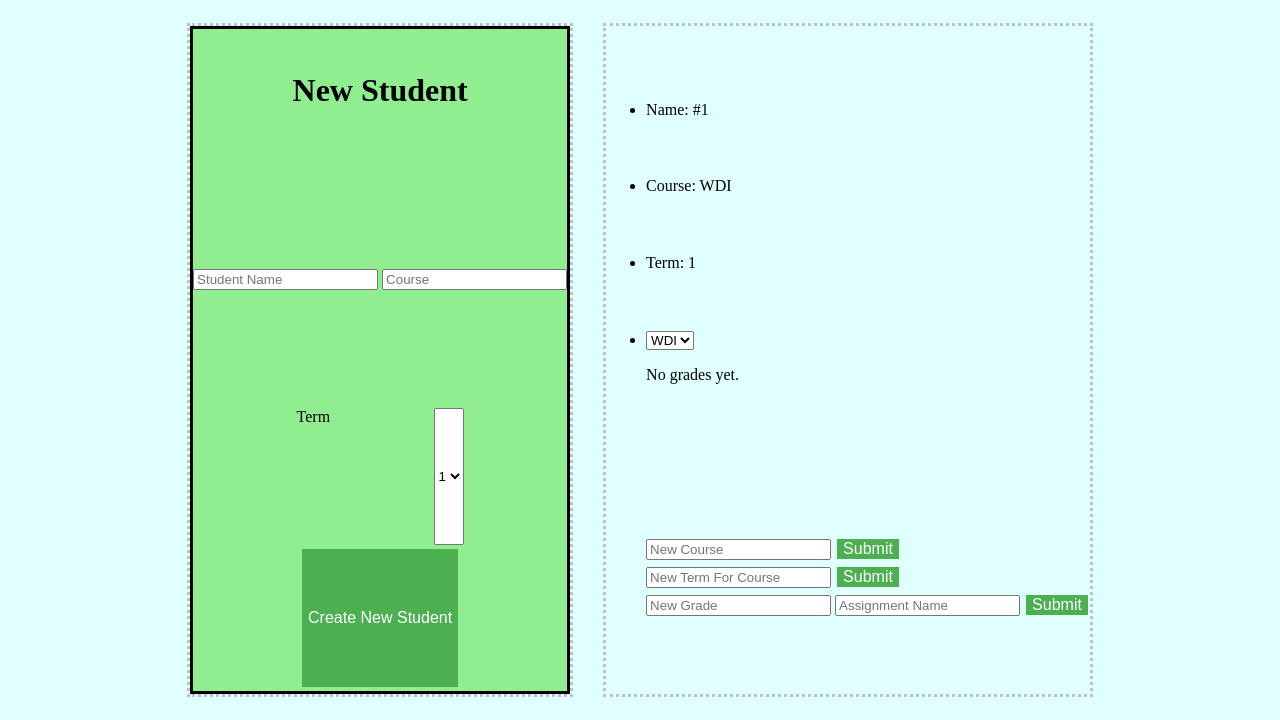
Repository: EdmontDantes/graderaide-fullstack-solution
Page: index.html
The author's editor kept a copy of each file at every save. The page is drawn from the files as they stood at one save, then again after the next save.
The browser window is 1280 px wide. The pictures show the whole page.

Above is the page before, as saved 2020-04-22 14:01:46.

### index.html
<html lang="en">
  <head>
    <title>Graderaide</title>
    <meta charset="UTF-8">
    <meta name="viewport" content="width=device-width, initial-scale=1">
    <link rel="stylesheet" type="text/css" href="style-index.css">
  </head>

  <body>
    <section class="app">
      <section class="student-display" id="create-new-student-tile">

      <section class="new-student-input">
        <h1 id="text-h1-creation-section">New Student</h1>

        <div id="new-student-input-boxes">
          <input type="text" class="new-student-name" name="new-student-name" placeholder="Student Name">
          <input type="text" class="new-student-course" name="new-student-course" placeholder="Course">
        </div>

        <div id="new-student-input-options"
          <label for="new-student-term">Term</label>
          <select class="new-student-term" name="new-student-term">
            <option value="1">1</option>
            <option value="2">2</option>
            <option value="3">3</option>
          </select>
        </div>
        <section class="new-student-submit">
          <button type="submit" class="new-student-button">Create New Student</button>
        </section>
      </section>
    </section>

      <section class="student-display " id="student-1">
        <ul class="student-info">
          <li>Name: #1</li>
          <li>Course: WDI</li>
          <li>Term: 1</li>
          <li>
            <select class="course-selection">
              <option value="wdi">WDI</option>
            </select>
            <p>No grades yet.</p>
          </li>

          <br>
          <div id="data-grades-input student-1">
            <section>
              <input type="text" name="new-course" class="new-course" placeholder="New Course">
              <button type="submit" class="submit-new-course">Submit</button>
            </section>
            <section>
              <input type="text" name="new-term" class="new-term" placeholder="New Term For Course">
              <button type="submit" class="submit-new-term">Submit</button>
            </section>
            <section>
              <!-- <label for="new-grade">New Grade:</label> -->
              <input type="text" name="new-grade" class="new-grade" placeholder="New Grade">
              <!-- <label for="new-grade-assignment">Assignment Name:</label> -->
              <input type="text" name="new-grade-assignment" class="new-grade-assignment" placeholder="Assignment Name">
              <button type="submit" class="submit-new-grade-assignment">Submit</button>
            </section>
          </div>
        </ul>
      </section>
      </section>
    </section>
  </body>
  <script src="main.js"></script>
</html>

### style-index.css
body {
    background-color: lightcyan;
    display: flex;
    flex-wrap: wrap;
    justify-content: center;
}

.app {
    display: flex;
    flex-direction: row;
    flex-wrap: wrap;
    justify-content: space-around;
}

#text-h1-creation-section {
    display: flex;
    flex-wrap: wrap;
    justify-content: center;
    font-size: 2em;
}

#new-student-input-options {
    display: flex;
    flex-wrap: wrap;
    flex-direction: row;
    justify-content: space-evenly;
}

.new-student-submit {
    display: flex;
    flex-wrap: wrap;
    justify-content: center;
}

.new-student-input {
    display: grid;

    background-color: lightgreen;
    border: 3px solid black;

}
button {
    background-color: #4CAF50;
    border: none;
    color: white;
    text-align: center;
    text-decoration: none;
    display: inline-block;
    font-size: 16px;
    margin: 4px 2px;
    cursor: pointer;
}

.student-display {
    display: flex;
    justify-content: space-around;
    border: 3px dotted #BFC0C0;
    margin: 15px;
}

.student-info {
    display: flex;
    flex-direction: column;
    justify-content: space-evenly;
}

a {
    background-color: white;
    color: black;
    border: 5px solid #4CAF50;
    padding: 10px 20px;
    text-align: center;
    text-decoration: none;
    display: inline-block;
    font-size: 16px;
    margin-left: 20px;
}

### main.js
/******************
 * YOUR CODE HERE *
 ******************/

const Grade = (assignment, score) => {
    return {
        assignment,
        score,
    }
}

const Term = () => {
    return {
    grades: [],

    addGrade: function(assignment, score) {
        const grade = Grade(assignment, score);
        this.grades.push(grade);
    },
    }
}

const Course = (name) => {
    return {
    name,
    terms: [Term()],

    addTerm: function() {
        const term = Term();
        this.terms.push(term);
    }
    }
}

const Student = (name, course, term = 1) => {
    return {
    name,
    course,
    term,
    courses: [Course(course)],

    addCourse: function(course) {
        this.courses.push(Course(course));
        this.course = course;
    },

    getAverage: function(courseToFind = this.course, termIndex = this.term - 1) {
        let foundCourse;
        for (const course of this.courses) {
        if (course.name === courseToFind) {
            foundCourse = course;
        }
        }

        const grades = foundCourse.terms[termIndex].grades;
        if (grades.length === 0) {
        return 'No grades yet.'
        }

        let sum = 0;
        for (const grade of grades) {
        sum += grade.score;
        }

        return sum / grades.length;
    },
    }
}

// const createNewStudentTileQuery = document.querySelector('#create-new-student-tile');
const newStudentNameQuery = document.querySelector('.new-student-name');
const newStudentCourseNameQuery = document.querySelector('.new-student-course');
const newStudentTermNumOptionQuery = document.querySelector('.new-student-term');
const btnNewStudentSubmitQuery = document.querySelector('.new-student-button');

const newStudentTile = function() {

    name = newStudentNameQuery.value;
    course = newStudentCourseNameQuery.value;
    termNum = newStudentTermNumOptionQuery.value;

    let newStudent = Student(name, course, termNum);
    console.log(newStudent);
    const studentDisplay = document.createElement('div');
    studentDisplay.className = 'student-display';
    let numId = document.querySelectorAll('.student-display')

    studentDisplay.id = `student-${numId.length}`;
    const studentInfo = document.createElement('ul');
    const nameItem = document.createElement('li');
    const courseItem = document.createElement('li');
    const termItem  = document.createElement('li');

    nameItem.innerText = `Name: ${newStudent.name}`;
    courseItem.innerText = `Course: ${newStudent.course}`;
    termItem.innerText = `Term: ${newStudent.term}`;


    studentInfo.classList.add('student-info');
    studentInfo.appendChild(nameItem);
    studentInfo.appendChild(courseItem);
    studentInfo.appendChild(termItem);
    // someParentElement.appendChild(studentInfo);
    studentDisplay.append(studentInfo);
    document.querySelector('.app').append(studentDisplay)
}

btnNewStudentSubmitQuery.addEventListener('click', newStudentTile);

After the next save:
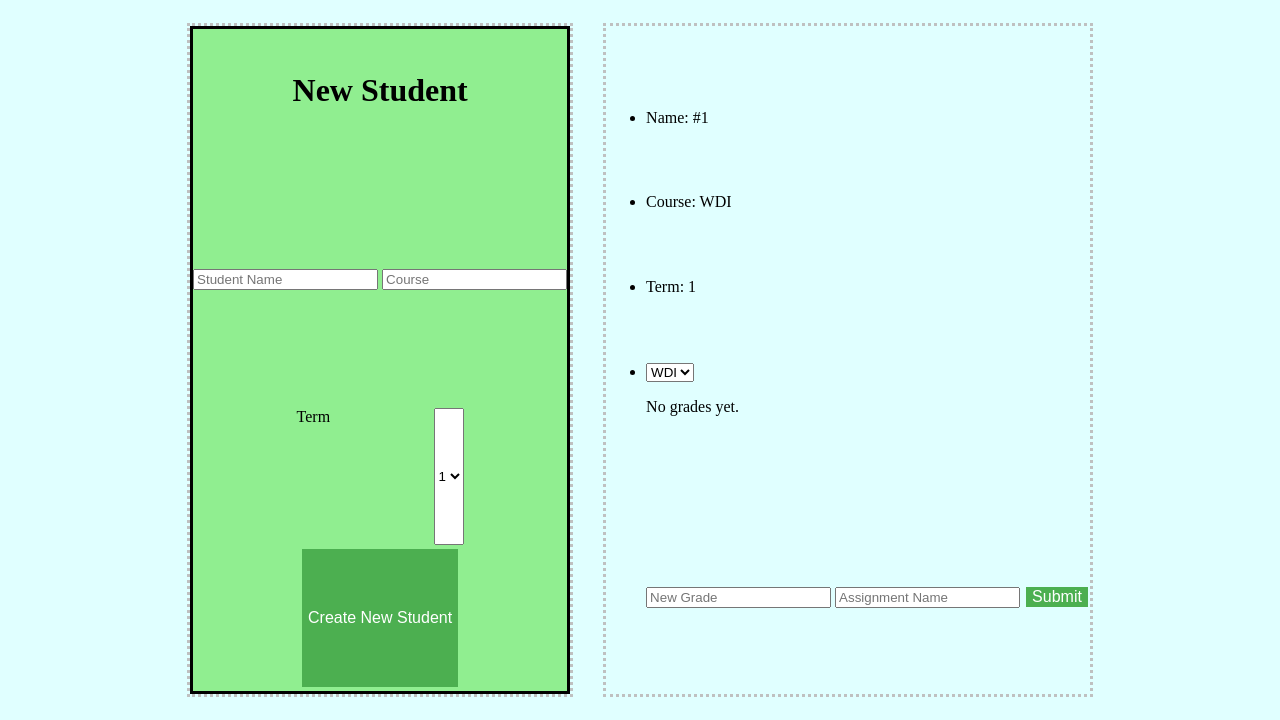
Saved 19 s later.
--- a/index.html
+++ b/index.html
@@ -46,14 +46,14 @@
 
           <br>
           <div id="data-grades-input student-1">
-            <section>
+            <!-- <section>
               <input type="text" name="new-course" class="new-course" placeholder="New Course">
               <button type="submit" class="submit-new-course">Submit</button>
             </section>
             <section>
               <input type="text" name="new-term" class="new-term" placeholder="New Term For Course">
               <button type="submit" class="submit-new-term">Submit</button>
-            </section>
+            </section> -->
             <section>
               <!-- <label for="new-grade">New Grade:</label> -->
               <input type="text" name="new-grade" class="new-grade" placeholder="New Grade">
